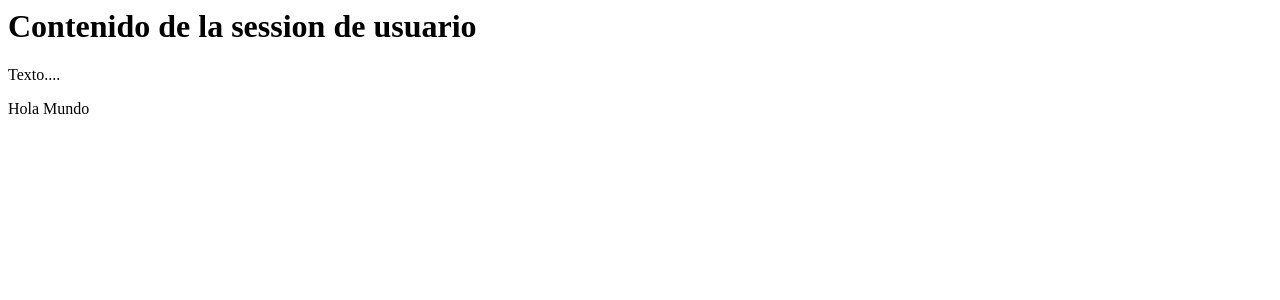
Repository: cgg25/javaee
Page: http://localhost/Sessiones/anyadir
The author's editor kept a copy of each file at every save. The page is drawn from the files as they stood at one save, then again after the next save.
The browser window is 1280 px wide. The pictures show the whole page.
The page is served by Tomcat 9.

Above is the page before, as saved 2017-02-16 18:55:37.

### Sessiones/src/AnyadirServlet.java


import java.io.IOException;
import java.io.PrintWriter;

import javax.servlet.ServletException;
import javax.servlet.annotation.WebServlet;
import javax.servlet.http.HttpServlet;
import javax.servlet.http.HttpServletRequest;
import javax.servlet.http.HttpServletResponse;
import javax.servlet.http.HttpSession;

@WebServlet("/anyadir")
public class AnyadirServlet extends HttpServlet {
	private static final long serialVersionUID = 1L;

    public AnyadirServlet() {
        super();
    }

	protected void doGet(HttpServletRequest request, HttpServletResponse response) throws ServletException, IOException {
		String atributo=request.getParameter("atributo");
		String valor=request.getParameter("valor");

		HttpSession sesion= request.getSession();

		sesion.setAttribute("atributo","valor");

		response.setContentType("text/html");
		PrintWriter out= response.getWriter();
		out.println("<html>");
		out.println("<head>");
		out.println("<title>Session usuario</title>");
		out.println("<meta charset='utf-8'>");
		out.println("</head>");
		out.println("<body>");
		out.println("<h1>Contenido de la session de usuario</h1>");
		out.println("<p>Texto....</p>");
		out.println("<p>Hola Mundo</p>");
		out.println("</body>");
		out.println("</html>");


	}

	protected void doPost(HttpServletRequest request, HttpServletResponse response) throws ServletException, IOException {
		doGet(request, response);
	}

}

After the next save:
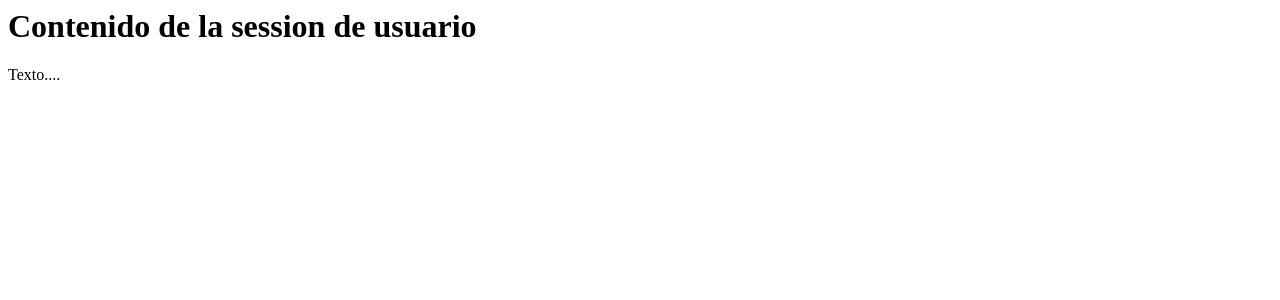
Saved 5 s later.
--- a/Sessiones/src/AnyadirServlet.java
+++ b/Sessiones/src/AnyadirServlet.java
@@ -36,7 +36,7 @@ public class AnyadirServlet extends HttpServlet {
 		out.println("<body>");
 		out.println("<h1>Contenido de la session de usuario</h1>");
 		out.println("<p>Texto....</p>");
-		out.println("<p>Hola Mundo</p>");
+
 		out.println("</body>");
 		out.println("</html>");
 
